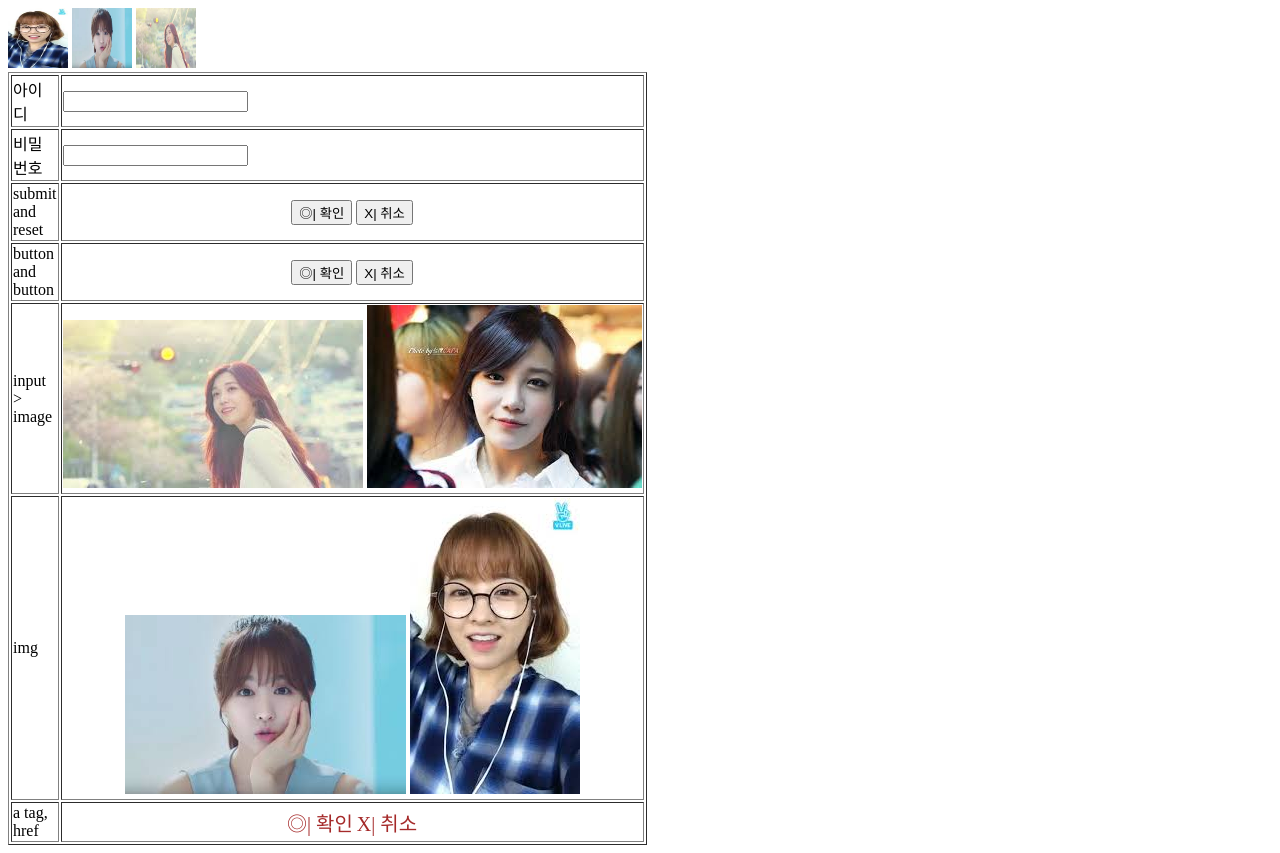
Repository: Leewonhoo/kostaweb
Page: Jsp_sample/WebContent/login.html
An editor plug-in stored every save of this project. The page is shown before and after the next save, followed by the edit.
The browser window is 1280 px wide. The pictures show the whole page.

Above is the page before, as saved 2017-09-13 06:55:22.

### Jsp_sample/WebContent/login.html
<!DOCTYPE html PUBLIC "-//W3C//DTD HTML 4.01 Transitional//EN" "http://www.w3.org/TR/html4/loose.dtd">
<html>
<head>
<meta http-equiv="Content-Type" content="text/html; charset=EUC-KR">
<title>로그인 페이지</title>
<link type="text/css" rel="stylesheet" href="css/common.css">
</head>
<body>
	<a href="index.html"><img alt="박보영" src="images/park2.jpg" title="박보영" width="60px" height="60px"></a>
	<a href="join.html"><img alt="박보영" src="images/park1.jpg" title="박보영" width="60px" height="60px"></a>
	<a href="login.html"><img alt="정은지" src="images/jung1.jpg" title="정은지" width="60px" height="60px"></a>
	<!-- 아이디, 비밀번호 -->
	<table border="1">
		<form action="" name="loginForm">
			<tr>
				<td>아이디</td>
				<td><input id="memberId" type="text" size="20"></td>
			</tr>
			<tr>
				<td>비밀번호</td>
				<td><input id="memberPw" type="password" size="20"></td>
			</tr>
			<tr>
				<td width="30px;"><span>submit and reset</span></td>
				<td align="center">
					<input type="submit" value="◎| 확인">
					<input type="reset" value="X| 취소">
				</td>
			</tr>
			<tr>
				<td width="30px;"><span>button and button</span></td>
				<td align="center">
					<input type="button" value="◎| 확인">
					<input type="button" value="X| 취소">
				</td>
			</tr>
			<tr>
				<td width="30px;"><span>input > image</span></td>
				<td align="center">
					<input type="image" src="images/jung1.jpg" value="◎| 확인">
					<input type="image" src="images/jung2.jpg" value="X| 취소">
				</td>
			</tr>
			<tr>
				<td width="30px;"><span>img</span></td>
				<td align="center">
					<img alt="◎| 확인" src="images/park1.jpg" >
					<img alt="X| 취소" src="images/park2.jpg" >
				</td>
			</tr>
			<tr>
				<td width="30px;"><span>a tag, href</span></td>
				<td align="center">
					<a href="">◎| 확인</a>
					<a href="">X| 취소</a>
				</td>
			</tr>
		</form>
	</table>
</body>
</html>

### Jsp_sample/WebContent/css/common.css
/*css 파일 */
/*
	a 태그, input 입력 양식
*/
/*a 태그 설정*/
/*밑줄X, 색상, 글꼴, 크기*/
a{
	text-decoration: none;
	color: #a52a2a;
	font-size: 20px;
}
/*input 입력 설정*/
/*배경, */
input.import {
	background-color: #ccff99;
}
/*span 설정*/
span.remark {
	color: #dc143c;
	font-weight: bold;
	margin-right: 20px;
}
/*button 설정*/
input.button {
	background-color: #8fbc8f;
	width: 80px;
	height: 80px;
}
#read{
	 background-color: #778899;
	 color: white;
}
/*select*/
select {
	background-color: #dc143c;
	width: 150px;
	height: 25px;
	color: white;
	text-align: center;
}
/*phone, email text 크기*/
input.size {
	width: 150px;
	height: 20px;
}
/* -, @ margin */
.space{
	margin-left: 5px;
	margin-right: 5px;
}
.footer{
	margin-top: 15px;
	text-align: center;
}

After the next save:
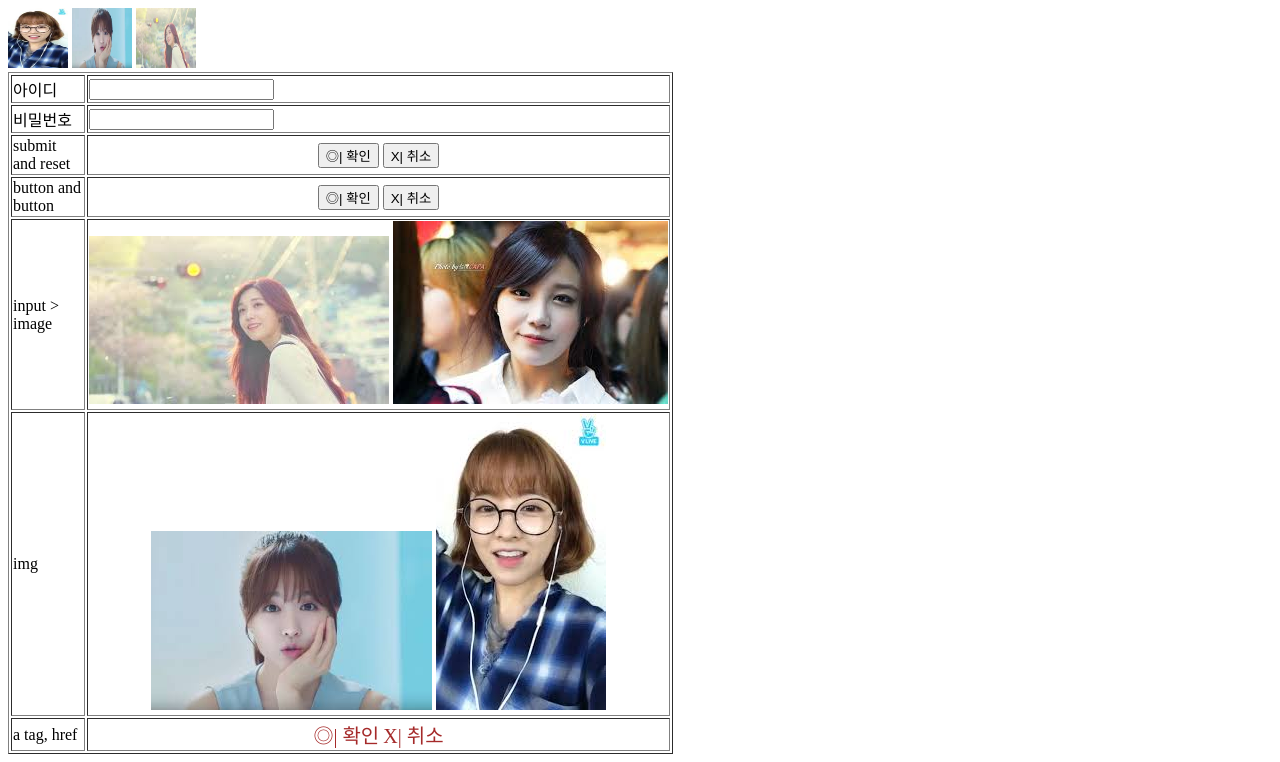
Saved 25 s later.
--- a/Jsp_sample/WebContent/login.html
+++ b/Jsp_sample/WebContent/login.html
@@ -13,7 +13,7 @@
 	<table border="1">
 		<form action="" name="loginForm">
 			<tr>
-				<td>아이디</td>
+				<td width="70px;">아이디</td>
 				<td><input id="memberId" type="text" size="20"></td>
 			</tr>
 			<tr>
@@ -21,35 +21,35 @@
 				<td><input id="memberPw" type="password" size="20"></td>
 			</tr>
 			<tr>
-				<td width="30px;"><span>submit and reset</span></td>
+				<td><span>submit and reset</span></td>
 				<td align="center">
 					<input type="submit" value="◎| 확인">
 					<input type="reset" value="X| 취소">
 				</td>
 			</tr>
 			<tr>
-				<td width="30px;"><span>button and button</span></td>
+				<td><span>button and button</span></td>
 				<td align="center">
 					<input type="button" value="◎| 확인">
 					<input type="button" value="X| 취소">
 				</td>
 			</tr>
 			<tr>
-				<td width="30px;"><span>input > image</span></td>
+				<td><span>input > image</span></td>
 				<td align="center">
 					<input type="image" src="images/jung1.jpg" value="◎| 확인">
 					<input type="image" src="images/jung2.jpg" value="X| 취소">
 				</td>
 			</tr>
 			<tr>
-				<td width="30px;"><span>img</span></td>
+				<td><span>img</span></td>
 				<td align="center">
 					<img alt="◎| 확인" src="images/park1.jpg" >
 					<img alt="X| 취소" src="images/park2.jpg" >
 				</td>
 			</tr>
 			<tr>
-				<td width="30px;"><span>a tag, href</span></td>
+				<td><span>a tag, href</span></td>
 				<td align="center">
 					<a href="">◎| 확인</a>
 					<a href="">X| 취소</a>
